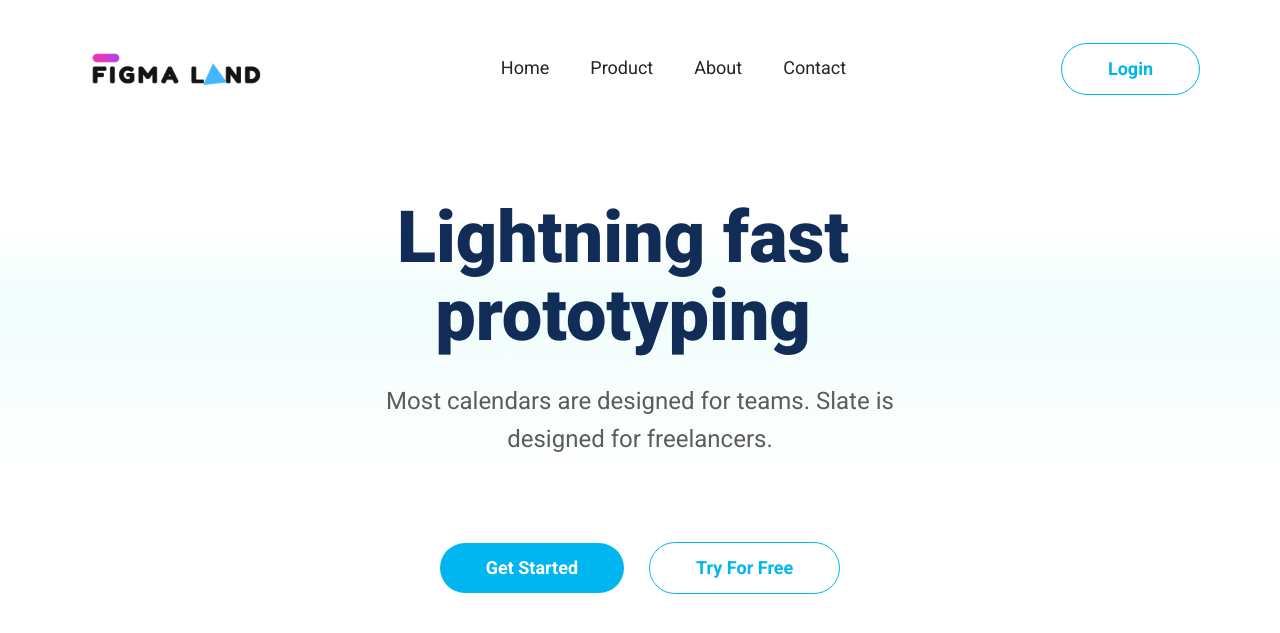
Repository: tungcutte35/Figma-Land
Page: sass/index.html
These files come from the project's save history. The page is drawn as it stood at one moment and after the next save; the edit follows.
The browser window is 1280 px wide. The pictures show the whole page.
The style sheet was rebuilt from its Sass, Less or Tailwind sources for each picture, by a compiler version that may differ from the author's.

Above is the page before, as saved 2021-10-23 16:19:23.

### sass/index.html
<!DOCTYPE html>
<html lang="en">
<head>
  <meta charset="UTF-8">
  <meta http-equiv="X-UA-Compatible" content="IE=edge">
  <meta name="viewport" content="width=device-width, initial-scale=1.0">
  <title>Figma Land</title>
  <link rel="stylesheet" href="./css/app.css">
  <link rel="preconnect" href="https://fonts.googleapis.com">
  <link rel="preconnect" href="https://fonts.gstatic.com" crossorigin>
  <link href="https://fonts.googleapis.com/css2?family=Roboto:wght@400;700;900&display=swap" rel="stylesheet">
</head>
<body>
 <div class="wrapper">
   <header class="header">
    <div class="container">
      <div class="header-container">
        <div class="header-img">
          <a href="#">
            <img srcset="./images/logo.png 2x" alt="">
          </a>
        </div>
        <ul class="menu">
          <li class="menu-item">
            <a href="#" class="menu-link">Home</a>
          </li>
          <li class="menu-item">
            <a href="#" class="menu-link">Product</a>
          </li>
          <li class="menu-item">
            <a href="#" class="menu-link">About</a>
          </li>
          <li class="menu-item">
            <a href="#" class="menu-link">Contact</a>
          </li>
        </ul>
        <div class="header-login">
          <button class="button button--outline">Login</button>
        </div>

      </div>
    </div>
   </header>
   <section class="lightning">
     <div class="container">
       <div class="lightning-container">
         <div class="lightning-header">
           <h2 class="lightning-heading">Lightning fast
            prototyping</h2>
           <p class="text lightning-content">
            Most calendars are designed for teams. Slate is
            designed for freelancers.
           </p>
           <div class="lightning-button">
             <button class="button button--primary">Get Started</button>
             <button class="button button--outline">Try For Free</button>
           </div>
         </div>
       </div>
     </div>
   </section>

 </div>
</body>
</html>

### sass/app.scss
@import "./reset";
@import "./variables";
@import "./global";
@import "./header";
@import "./menu";
@import "./lightning";

### sass/_variables.scss
$font: "Roboto", sans-serif;
$primary-color: #00b6f0;
$heading-color: #20262a;
$text-color: #5c5c5c;
$secondary-color: #112d57;

### sass/_global.scss
.wrapper {
  max-width: 1282px;
  margin: 0 auto;
}
.container {
  max-width: 1160px;
  margin: 0 auto;
  padding: 0 20px;
}
body {
  font-family: $font;
  line-height: 1;
  font-size: 18px;
  color: $heading-color;
}
ul {
  list-style-type: none;
}
.button {
  display: inline-flex;
  justify-content: center;
  align-items: center;
  font-size: 18px;
  font-weight: 700;
  // height: 50px;
  line-height: 1;
  font-family: $font;
  padding: 16px 46px;
  border-radius: 85px;
  background-color: transparent;
  border: 0;
  outline: none;
  cursor: pointer;
  transition-duration: 0.4s;

  &--primary {
    color: #fff;
    background-color: $primary-color;
    &:hover {
      color: $primary-color;
      background-color: transparent;
      border: 1.4px solid $primary-color;
    }
  }
  &--outline {
    color: $primary-color;
    border: 1.4px solid $primary-color;
    &:hover {
      background-color: $primary-color;
      color: white;
    }
  }
}

.heading {
  color: $heading-color;
  font-weight: 700;
  font-size: 56px;
  line-height: calc(65 / 56);
}
.text {
  font-size: 24px;
  font-weight: 450;
  color: $text-color;
  line-height: calc(38 / 24);
}

### sass/_header.scss
.header {
  margin-top: 30px;
  margin-bottom: 91px;
  &-container {
    display: flex;
    justify-content: space-between;
    align-items: center;
  }
}

### sass/_menu.scss
.menu {
  display: flex;

  gap: 0 41px;
  &-item {
    display: flex;
    align-items: center;
    justify-content: center;
  }
  &-link {
    color: inherit;
    &:after {
      display: block;
      content: "";
      border-bottom: solid 2px $primary-color;
      transform: scaleX(0);
      transition: transform 250ms ease-in-out;
    }
    &:hover:after {
      transform: scaleX(1);
    }
    &:hover {
      color: $primary-color;
    }
  }
}

### sass/_lightning.scss
.lightning {
  background: linear-gradient(
    180deg,
    rgba(255, 255, 255, 0.22) 7.62%,
    rgba(0, 225, 198, 0.06) 25.5%,
    #ffffff 70.92%
  );
  &-container {
    display: flex;
    align-items: center;
    justify-content: center;
    gap: 0 25px;
    margin: 0 auto;
  }
  &-header {
    text-align: center;
    max-width: 544px;
  }
  &-heading {
    max-width: 510px;
    font-weight: 900;
    font-size: 72px;
    line-height: calc(78 / 72);
    color: $secondary-color;
    margin-bottom: 27px;
  }
  &-content {
    margin-bottom: 84px;
  }
  &-button {
    display: flex;
    align-items: center;
    justify-content: center;
    gap: 0 25px;
  }
}

Loaded but not shown: sass/_reset.scss (common file)

After the next save:
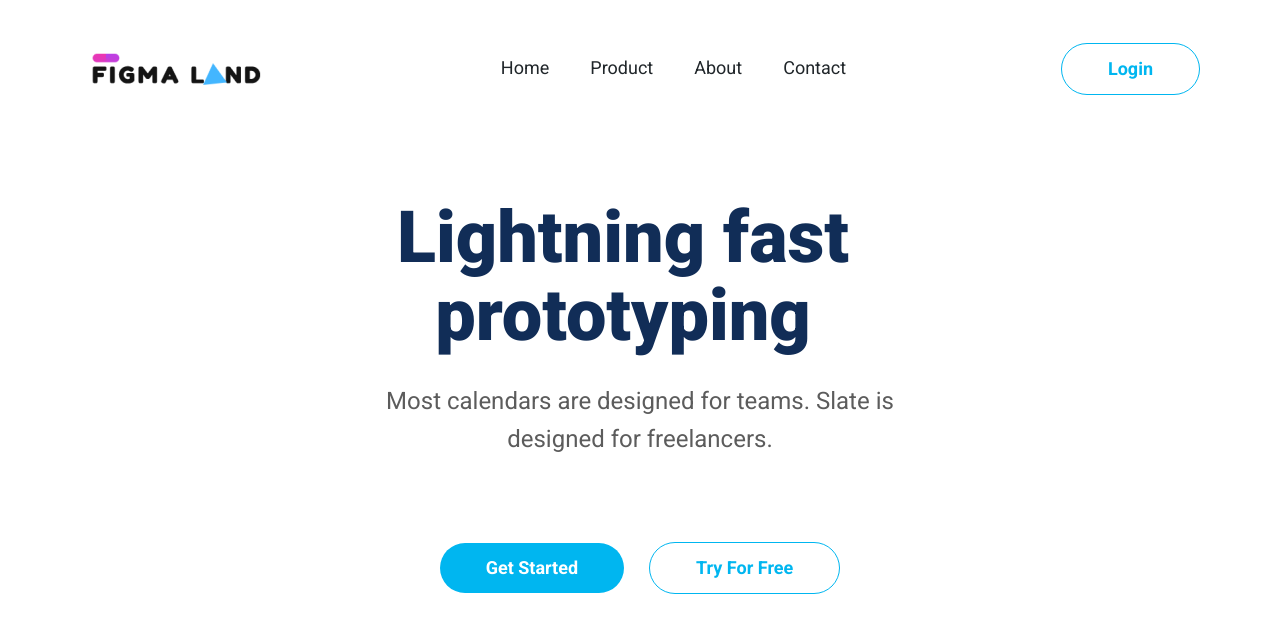
Saved 45 s later.
--- a/sass/_lightning.scss
+++ b/sass/_lightning.scss
@@ -1,10 +1,4 @@
 .lightning {
-  background: linear-gradient(
-    180deg,
-    rgba(255, 255, 255, 0.22) 7.62%,
-    rgba(0, 225, 198, 0.06) 25.5%,
-    #ffffff 70.92%
-  );
   &-container {
     display: flex;
     align-items: center;
